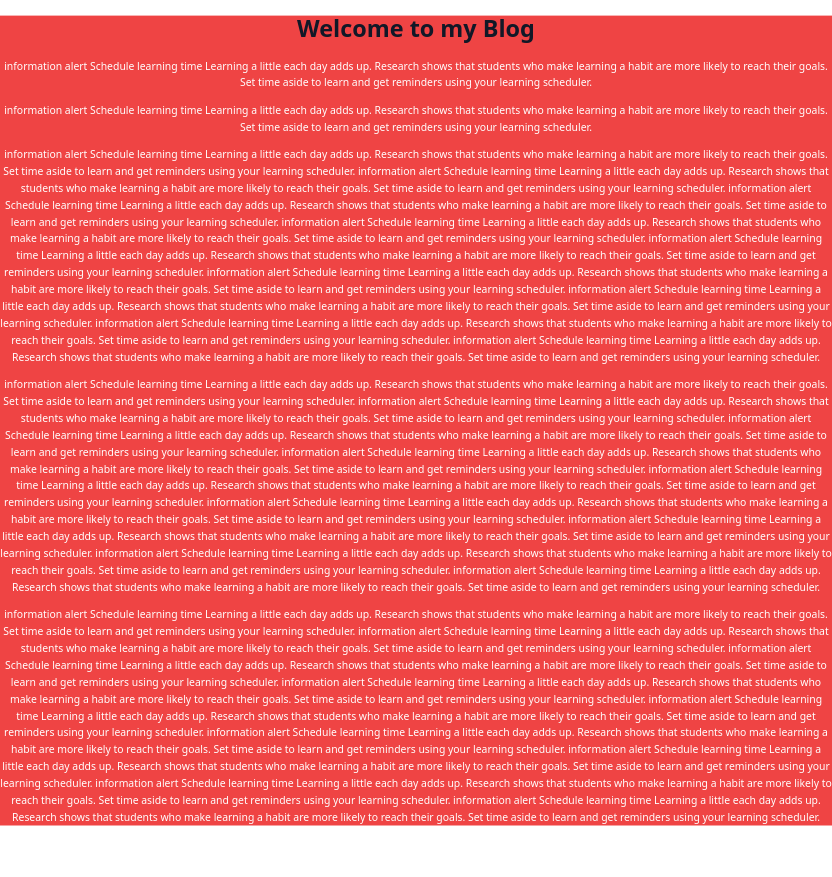
Repository: wenxi0504/BLOG
Page: / (app in client/)
The author's editor kept a copy of each file at every save. The page is drawn from the files as they stood at one save, then again after the next save.
The browser window is 1280 px wide. The pictures show the whole page, at 65% of full size.
The project was rebuilt for these pictures with package versions that can differ from the ones it lists, and the page was loaded fresh each time.

Above is the page before, as saved 2022-09-06 23:41:20.

After the next save:
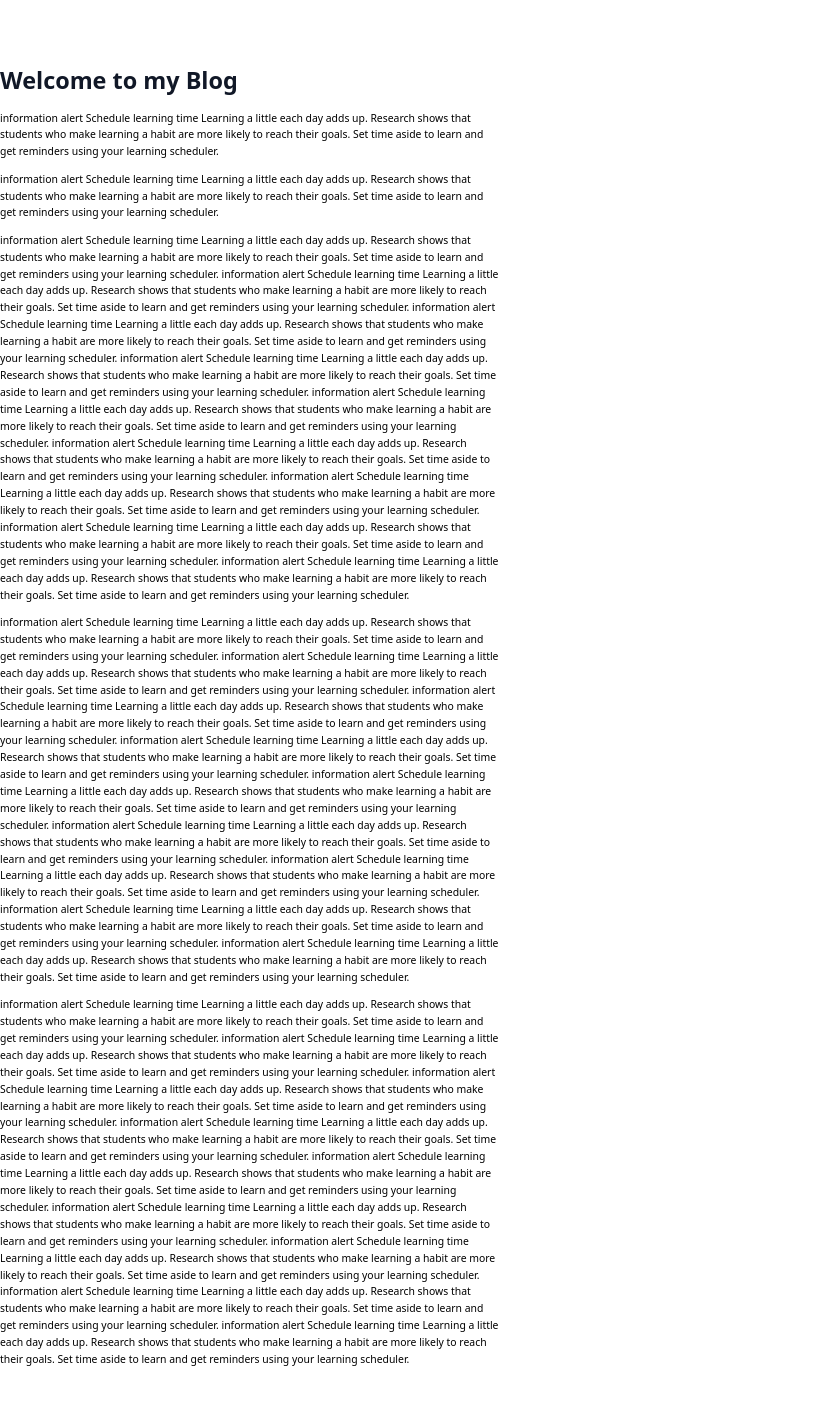
Saved 55 s later.
--- a/client/src/App.js
+++ b/client/src/App.js
@@ -3,7 +3,7 @@ import Home from './pages/Home'
 
 function App() {
   return (
-    <div className='bg-red-500 text-center text-white'>
+    <div className='max-w-screen-md max-auto pt-20'>
      <Home/>
     </div>
   );
